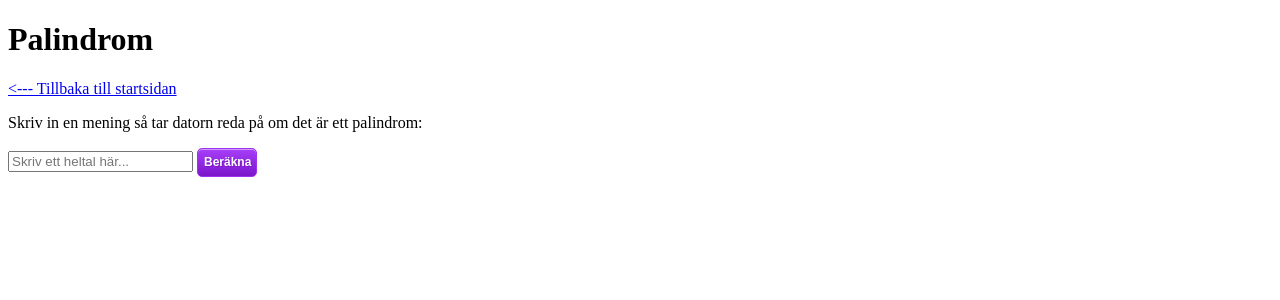
Repository: CarroForslund/laboration-1-1dv404
Page: palindrom/index.html
The author's editor kept a record of every edit. The page is drawn from the files as they stood at one moment, then again after the next edit.
The browser window is 1280 px wide. The pictures show the whole page.

Above is the page before.

After the next edit:
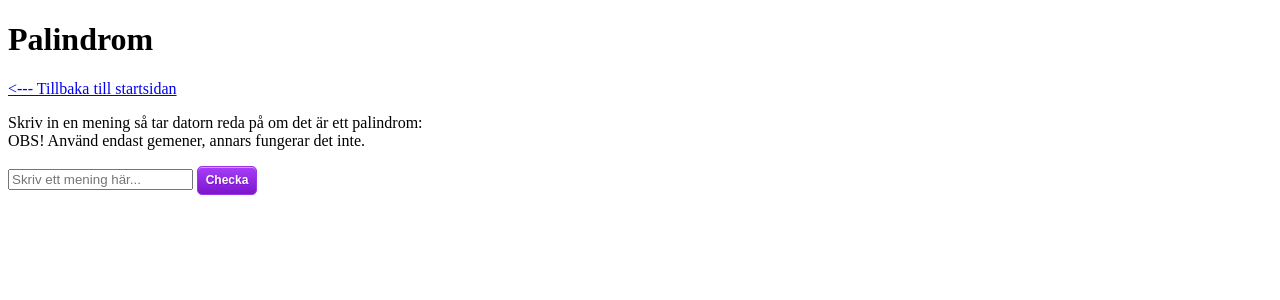
The edit:
--- a/palindrom/index.html
+++ b/palindrom/index.html
@@ -9,9 +9,10 @@
         <h1>Palindrom</h1>
         <a href="../index.html">&lt;--- Tillbaka till startsidan</a>
  		<form>
- 		    <p>Skriv in en mening så tar datorn reda på om det är ett palindrom:</p>
- 			<input type="text" id="string" placeholder="Skriv ett heltal här..." />
- 			<input id="send" type="submit" class="button" value="Beräkna" />
+ 		    <p>Skriv in en mening så tar datorn reda på om det är ett palindrom:<br />
+ 		    OBS! Använd endast gemener, annars fungerar det inte.</p>
+ 			<input type="text" id="string" placeholder="Skriv ett mening här..." />
+ 			<input id="send" type="submit" class="button" value="Checka" />
  			<p id="value"></p>
 		</form>
 
